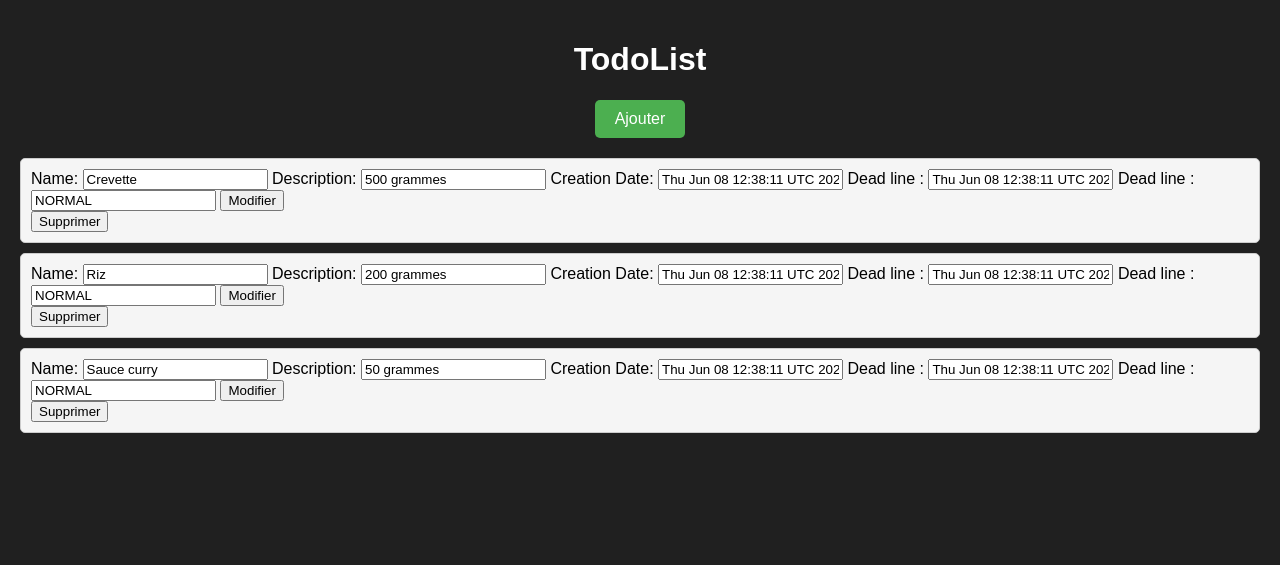
Repository: HugoGit-Hub/TodoList
Page: http://localhost/todo-list/TodoList
An editor plug-in stored every save of this project. The page is shown before and after the next save, followed by the edit.
The browser window is 1280 px wide. The pictures show the whole page.
The page is served by Tomcat 9.

Above is the page before, as saved 2023-06-08 17:13:55.

After the next save:
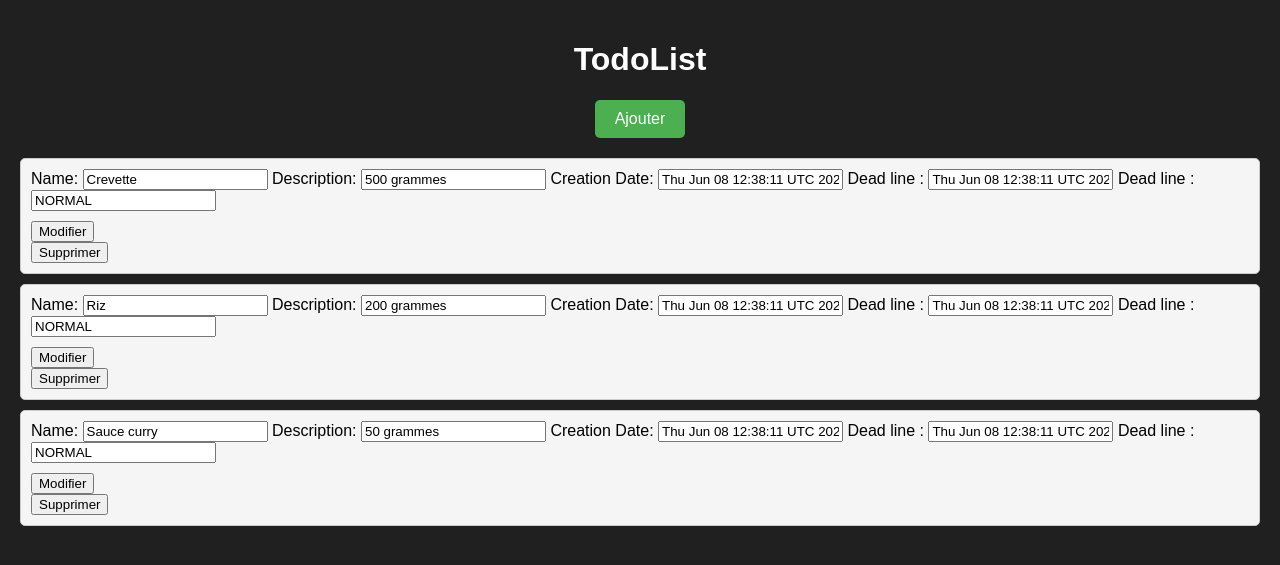
Saved 32 s later.
--- a/todo-list/src/main/webapp/jsp/todoList.jsp
+++ b/todo-list/src/main/webapp/jsp/todoList.jsp
@@ -41,8 +41,9 @@
 
 							<label for="priority">Dead line :</label>
 							<input type="text" id="priority" name="priority" value="${todo.getPriority()}">
-
-							<input type="submit" name="action" value="Modifier">
+					 		<div class="buttons">
+								<input type="submit" name="action" value="Modifier">
+							</div>
 						</form>
 
 					 	<form method="post" action="http://localhost:8080/todo-list/TodoList">
